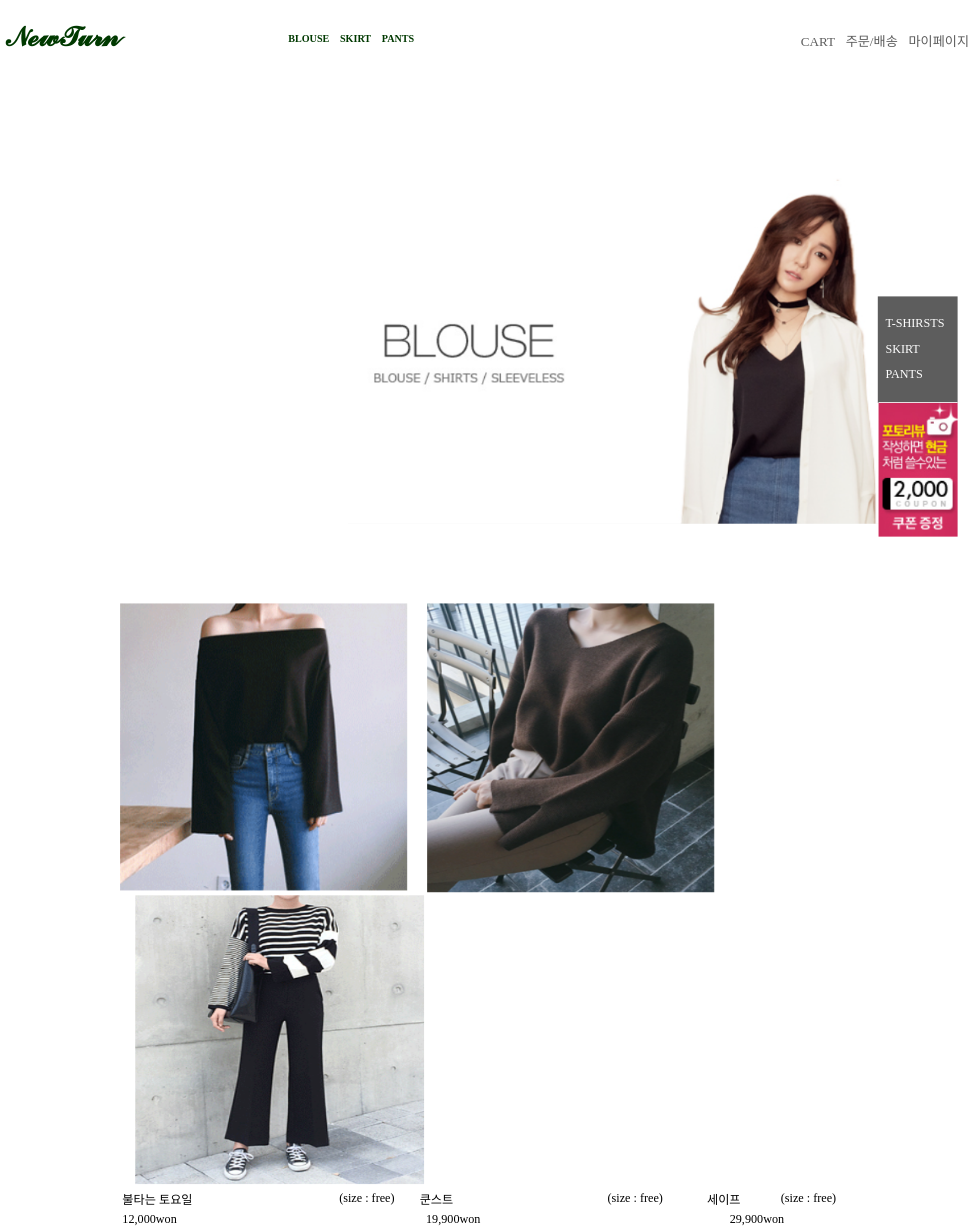
Repository: won0108/Port-Folio
Page: Creating_Homepage/Shopping/WebContent/top.html
These files come from the project's save history. The page is drawn as it stood at one moment and after the next save; the edit follows.
The browser window is 1280 px wide. The pictures show the whole page, at 76% of full size.

Above is the page before, as saved 2020-12-03 08:04:12.

### Creating_Homepage/Shopping/WebContent/top.html
<!DOCTYPE html>
<html>
<head>  <!--웹페이지에 대한 정보를 제공한다.-->
 <title> New Turn </title>  <!--탭에 New Turn을 나타낸다.-->
<style>

 	@font-face{
 	font-family:"My Font";
 	src: url("fontstyle/ENCOSCPT.TTF");
	}
 	h1{
   	color:#003900;
   	position:fixed;
   	top: 0px;
   	left:10px;
   	font-family:"My Font", serif;
   	font-size: 30pt;
   	}
	#infor{
	position:fixed;
	top:40px; right:0px;
	}
	#infor a{
	text-decoration:none;
	color:#5D5D5D;
	font-size:13pt;
	display: inline;
	padding :5px;
	}
	#infor a:hover{
	tex-decoration:underline;
	color: black;
	text-weight:bold;
	}
	#categ{
	position:fixed;
	top:25px; right:730px;
	}
	#categ ul li{
	display: inline;
	}
	#categ ul li a{
	text-decoration:none;
	color:#003900;
	font-size:10pt;
	font-weight:bold;
	text-transform:uppercase;
	padding :5px;
	}
	#categ ul li a:hover{
	tex-decoration:underline; color: black;
	}
	#main{
   	position:relative;
   	top: 300px; margin-left:150px;
   }
</style>
</head>
<body>
	<h1> NewTurn </h1>
	<div id="infor">
		<a href="">CART</a>
		<a href="">주문/배송</a>
		<a href="마이페이지.html">마이페이지</a>
	</div>
	<div id="categ">
		<ul>
			<li><a href="top.html">BLOUSE</a></li>
			<li><a href="skirt.html">SKIRT</a></li>
			<li><a href="pants.html">PANTS</a></li>
		</ul>
	</div>
	<img style="position:relative; top: 200px; left:450px;" src="images/티파니.PNG"><br>
	<div id="main">
			<img src="images/티셔츠1.PNG" width="380" height="380">
			<img src="images/티셔츠2.PNG" width="380" height="380" style="padding-left:20px;">
			<img src="images/티셔츠3.PNG" width="380" height="380" style="padding-left:20px;">
			<table>
				<tr>
					<td>불타는 토요일</td>
					<td style="padding-left:190px;">(size : free)</td>
					<td style="padding-left: 30px;">쿤스트</td>
					<td style="padding-left:200px;">(size : free)</td>
					<td style="padding-left: 55px;">세이프</td>
					<td style="padding-left:50px;">(size : free)</td>


			    </tr>
			</table>

		<table>
			<tr>
		    	<td>12,000won</td>
		    	<td style="padding-left: 325px;">19,900won</td>
		    	<td style="padding-left: 325px;">29,900won</td>
		    </tr>
		</table>
		</div>

<div style="background-color:#5D5D5D;
width:85px; height:120px; right:20px; bottom:190px;
color:white; display:block; position:fixed; padding:10px;">
<p>T-SHIRSTS</p>
<p>SKIRT</p>
<p>PANTS</p>
</div>
<div style=" display:block; position:fixed; right:20px; bottom:10px;">
<img src="쿠폰.png"></div>

</body>
</html>

After the next save:
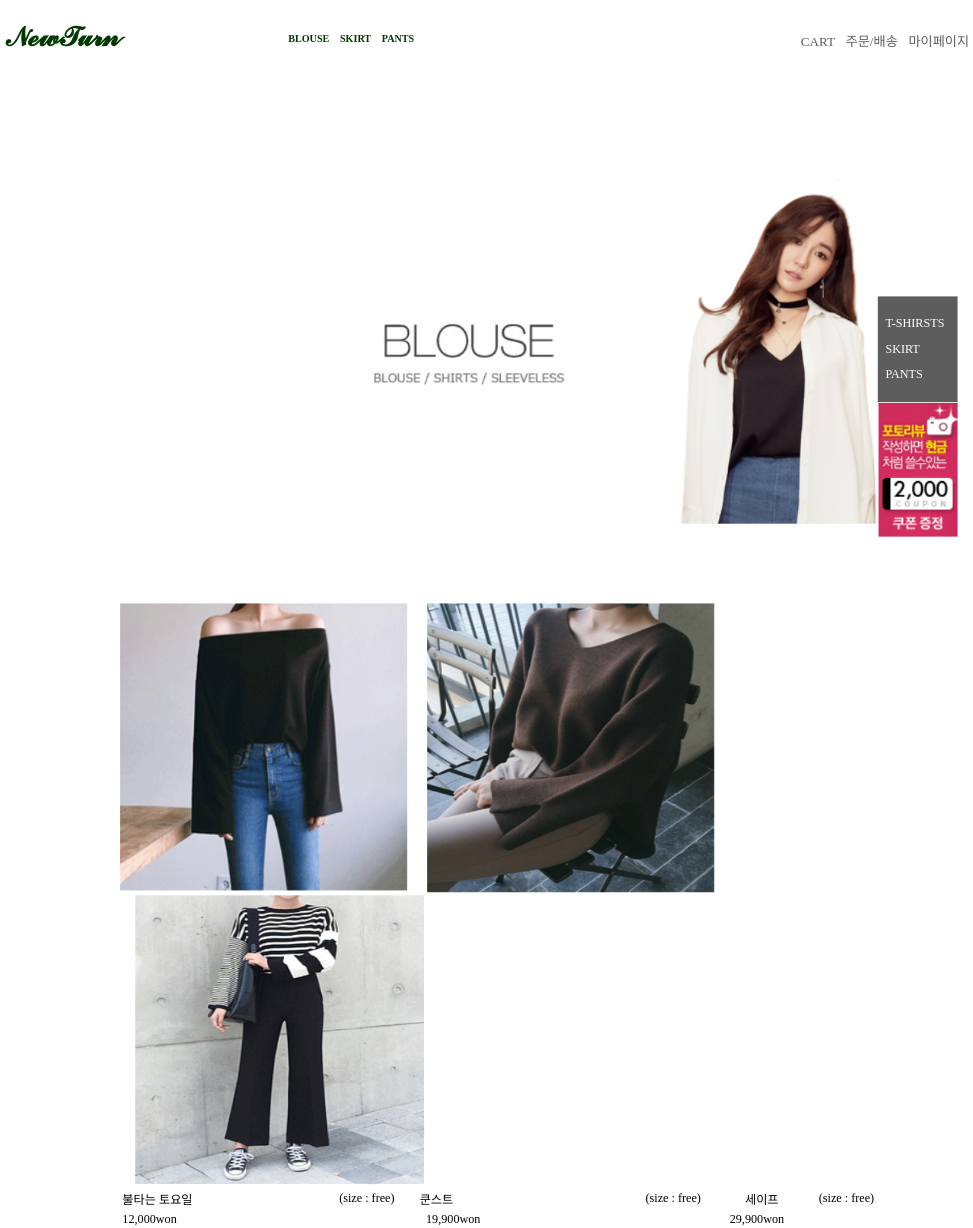
Saved 4 s later.
--- a/Creating_Homepage/Shopping/WebContent/top.html
+++ b/Creating_Homepage/Shopping/WebContent/top.html
@@ -80,7 +80,7 @@
 					<td>불타는 토요일</td>
 					<td style="padding-left:190px;">(size : free)</td>
 					<td style="padding-left: 30px;">쿤스트</td>
-					<td style="padding-left:200px;">(size : free)</td>
+					<td style="padding-left:250px;">(size : free)</td>
 					<td style="padding-left: 55px;">세이프</td>
 					<td style="padding-left:50px;">(size : free)</td>
 
